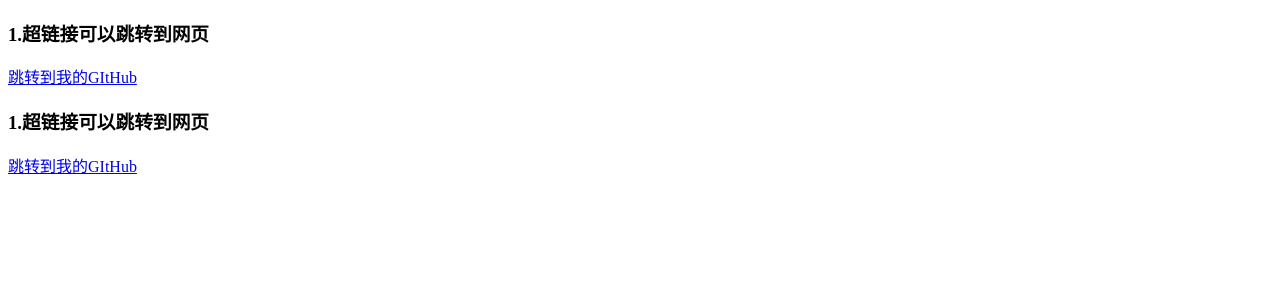
Repository: jarvanstack/vscode
Page: HTML/HTML超链接有哪些.html
The author's editor kept a copy of each file at every save. The page is drawn from the files as they stood at one save, then again after the next save.
The browser window is 1280 px wide. The pictures show the whole page.

Above is the page before, as saved 2020-06-11 09:27:10.

After the next save:
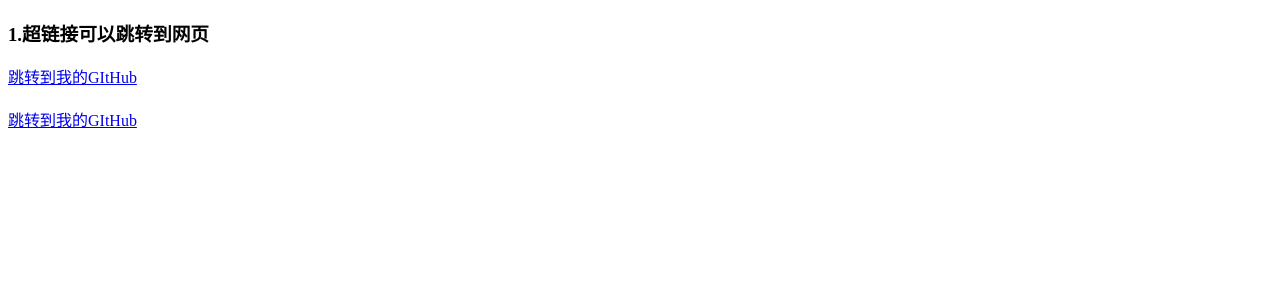
Saved 4 s later.
--- a/HTML/HTML超链接有哪些.html
+++ b/HTML/HTML超链接有哪些.html
@@ -8,7 +8,7 @@
 <body>
     <h3>1.超链接可以跳转到网页</h3>
     <a href="https://github.com/dengjiawen8955">跳转到我的GItHub</a>
-    <h3>1.超链接可以跳转到网页</h3>
+    <h3></h3>
     <a href="https://github.com/dengjiawen8955">跳转到我的GItHub</a>
 </body>
 </html>
